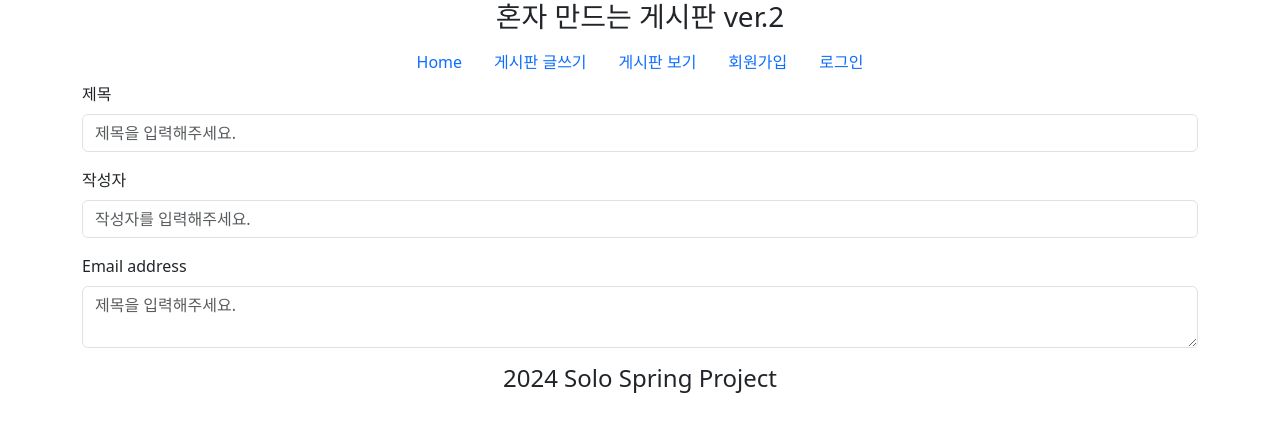
Repository: nefer2/Spring_test
Page: http://localhost/spring_test7/WEB-INF/views/board/register.jsp
These files come from the project's save history. The page is drawn as it stood at one moment and after a run of saves; the edit follows.
The browser window is 1280 px wide. The pictures show the whole page.
The page is served by Tomcat 9. Nobody is signed in. Other server files are loaded and not shown. The template is opened directly, without the code that normally fills it, so the values that code supplies are empty.

Above is the page before, as saved 2024-01-17 04:00:40.

### spring_test7/src/main/webapp/WEB-INF/views/board/register.jsp
<%@ page language="java" contentType="text/html; charset=UTF-8"
    pageEncoding="UTF-8"%>
<%@ taglib uri="http://java.sun.com/jsp/jstl/core" prefix="c" %>
<%@ taglib uri="http://www.springframework.org/security/tags" prefix ="sec" %>



<jsp:include page="../layout/header.jsp"></jsp:include>
<jsp:include page="../layout/navbar.jsp"></jsp:include>


<div class="container-md">
	<form action="">
		<div class="mb-3">
		  <label for="title" class="form-label">제목</label>
		  <input type="text" name="title" class="form-control" id="title" placeholder="제목을 입력해주세요.">
		</div>
		<div class="mb-3">
		  <label for="wirter" class="form-label">작성자</label>
	      <input type="text" name="wirter" class="form-control" id="wirter" placeholder="작성자를 입력해주세요.">
		</div>
		<div class="mb-3">
		  <label for="exampleFormControlInput1" class="form-label">Email address</label>
		  <textarea type="text" name="title" class="form-control" id="title" placeholder="제목을 입력해주세요."></textarea>
		</div>
	</form>
</div>








<jsp:include page="../layout/footer.jsp"></jsp:include>

### spring_test7/src/main/webapp/WEB-INF/views/layout/header.jsp
<%@ page language="java" contentType="text/html; charset=UTF-8"
    pageEncoding="UTF-8"%>
<!DOCTYPE html>
<html>
<head>
<h3 style="text-align: center;">혼자 만드는 게시판 ver.2</h3>
</head>

### spring_test7/src/main/webapp/WEB-INF/views/layout/navbar.jsp
<%@ page language="java" contentType="text/html; charset=UTF-8"
    pageEncoding="UTF-8"%>


<script src="https://cdn.jsdelivr.net/npm/bootstrap@5.3.1/dist/js/bootstrap.bundle.min.js" integrity="sha384-HwwvtgBNo3bZJJLYd8oVXjrBZt8cqVSpeBNS5n7C8IVInixGAoxmnlMuBnhbgrkm" crossorigin="anonymous"></script>
<link href="https://cdn.jsdelivr.net/npm/bootstrap@5.3.1/dist/css/bootstrap.min.css" rel="stylesheet" integrity="sha384-4bw+/aepP/YC94hEpVNVgiZdgIC5+VKNBQNGCHeKRQN+PtmoHDEXuppvnDJzQIu9" crossorigin="anonymous">


<ul class="nav justify-content-center">

  <li class="nav-item">
    <a class="nav-link active" aria-current="page" href="/">Home</a>
  </li>
  <li class="nav-item">
    <a class="nav-link" href="#">게시판 글쓰기</a>
  </li>
  <li class="nav-item">
    <a class="nav-link" href="#">게시판 보기</a>
  </li>
    <li class="nav-item">
    <a class="nav-link" href="#">회원가입</a>
  </li>
    <li class="nav-item">
    <a class="nav-link" href="#">로그인</a>
  </li>
</ul>

### spring_test7/src/main/webapp/WEB-INF/views/layout/footer.jsp
<%@ page language="java" contentType="text/html; charset=UTF-8"
    pageEncoding="UTF-8"%>




<div><h4 style="text-align: center;">2024 Solo Spring Project</h4></div>

</body>
</html>

After the next 3 saves:
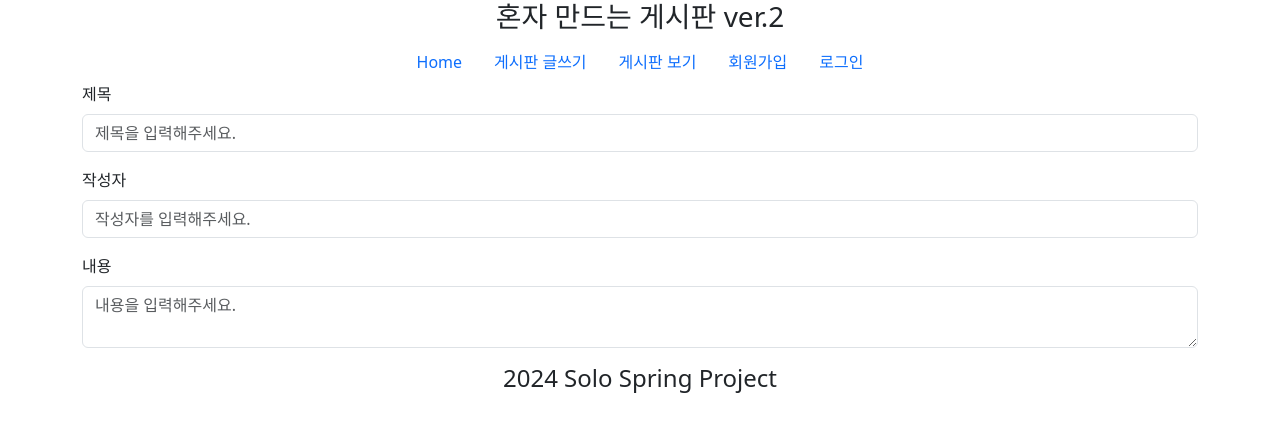
The 3 saves are shown as one change because they came seconds apart.
The last was saved 23 s later.
--- a/spring_test7/src/main/webapp/WEB-INF/views/board/register.jsp
+++ b/spring_test7/src/main/webapp/WEB-INF/views/board/register.jsp
@@ -20,8 +20,8 @@
 	      <input type="text" name="wirter" class="form-control" id="wirter" placeholder="작성자를 입력해주세요.">
 		</div>
 		<div class="mb-3">
-		  <label for="exampleFormControlInput1" class="form-label">Email address</label>
-		  <textarea type="text" name="title" class="form-control" id="title" placeholder="제목을 입력해주세요."></textarea>
+		  <label for="content" class="form-label">내용</label>
+		  <textarea name="content" class="form-control" id="content" placeholder="내용을 입력해주세요."></textarea>
 		</div>
 	</form>
 </div>
